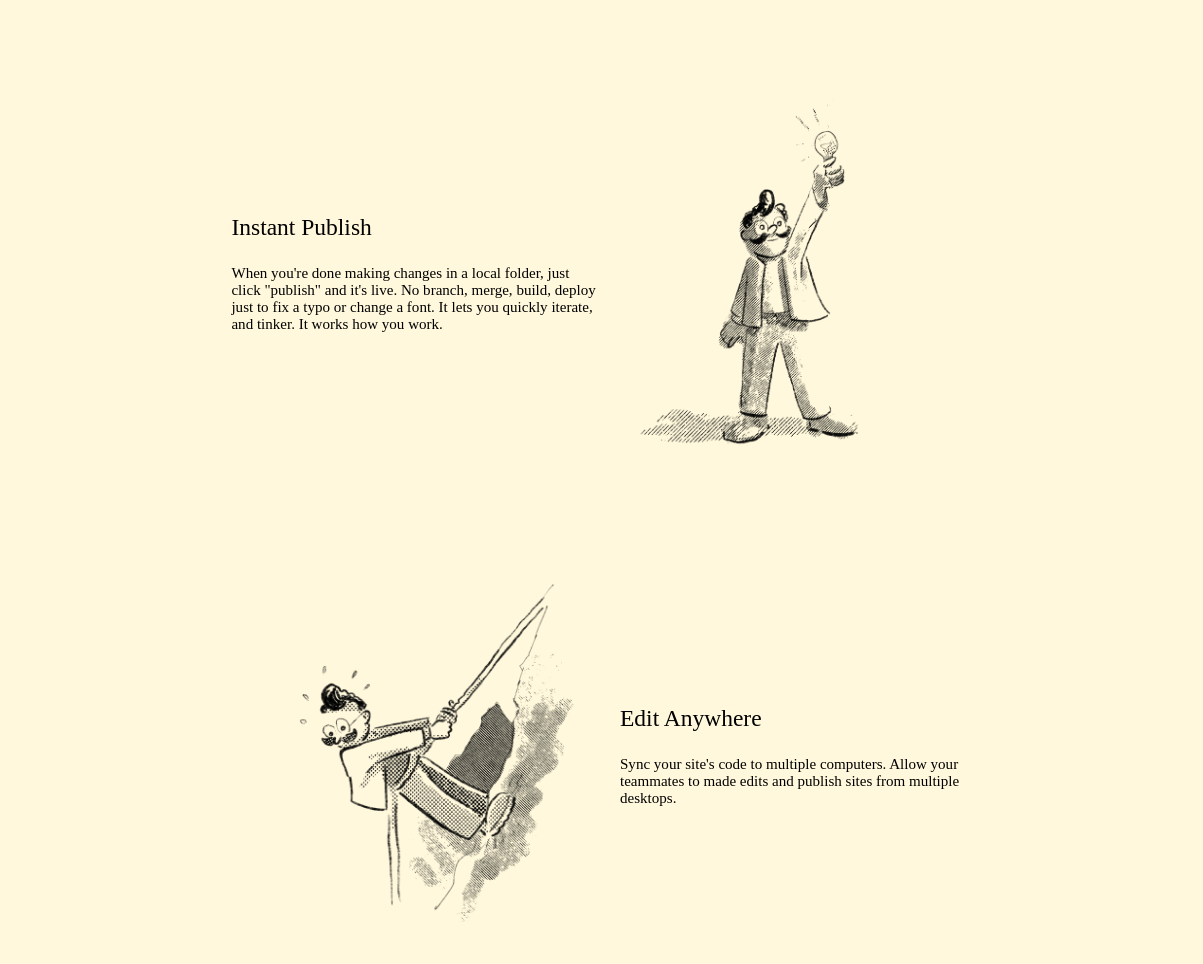
Repository: Pbemits/TEAMWORK-PROJECT-ONE
Page: index.html
These files come from the project's save history. The page is drawn as it stood at one moment and after the next save; the edit follows.
The browser window is 1280 px wide. The pictures show the whole page, at 94% of full size.
Some web fonts or font styles are not loaded; a fallback is used.

Above is the page before, as saved 2023-09-01 23:16:14.

After the next save:
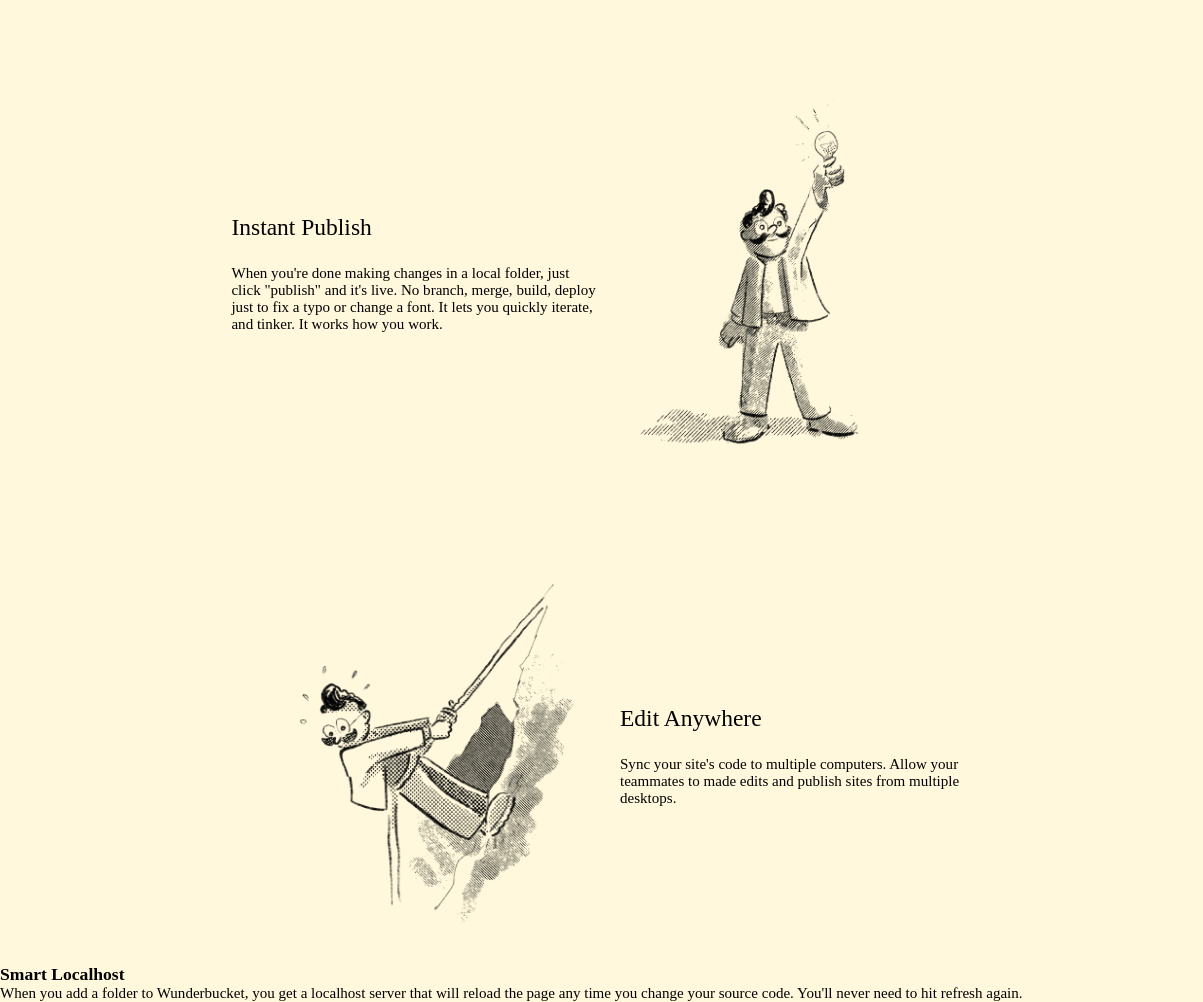
Saved 104 s later.
--- a/index.html
+++ b/index.html
@@ -76,8 +76,12 @@
             <div class="content-wrapper-element-three">
                 <div class="wrapper-element-one">
                     <div class="wrapper-element-texts">
-                        <div class="element-text-h3"></div>
-                        <div class="element-texts-paragraph"></div>
+                        <div class="element-text-h3">
+                            <h3>Smart Localhost</h3>
+                        </div>
+                        <div class="element-texts-paragraph">
+                            <p>When you add a folder to Wunderbucket, you get a localhost server that will reload the page any time you change your source code. You'll never need to hit refresh again.</p>
+                        </div>
                     </div>
                 </div>
 
